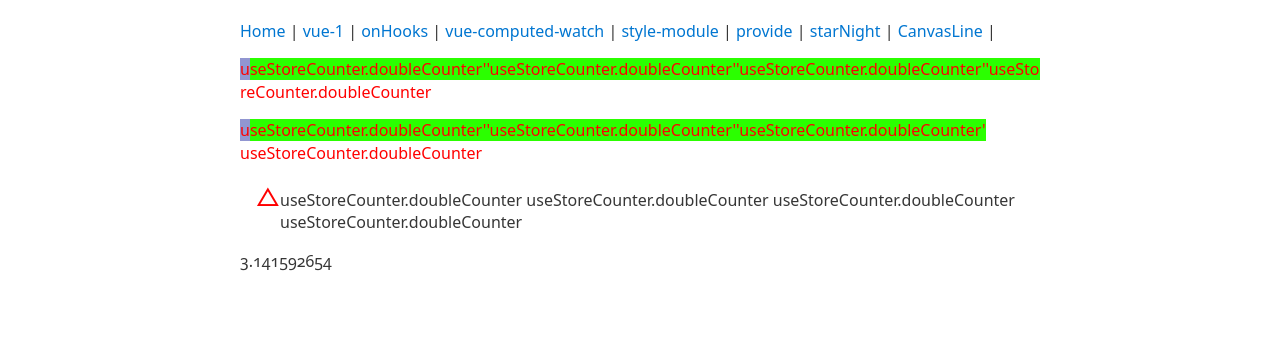
Repository: 596178924/vue3-ts-html
Page: /
These files come from the project's save history. The page is drawn as it stood at one moment and after the next save; the edit follows.
The browser window is 1280 px wide. The pictures show the whole page.
The project was rebuilt for these pictures with package versions that can differ from the ones it lists, and the page was loaded fresh each time. Also part of the build but not shown: vue.config.js.

Above is the page before, as saved 2022-02-15 16:44:52.

After the next save:
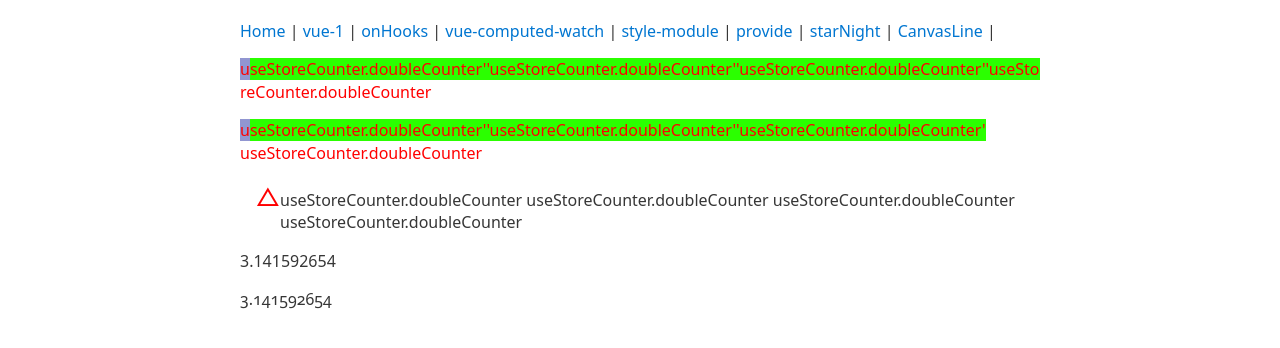
Saved 9 s later.
--- a/src/views/Home.vue
+++ b/src/views/Home.vue
@@ -15,6 +15,7 @@
 				useStoreCounter.doubleCounter
 			</li>
 		</ul>
+		<p >3.141592654</p>
 		<p class="a-font">3.141592654</p>
 	</div>
 </template>
